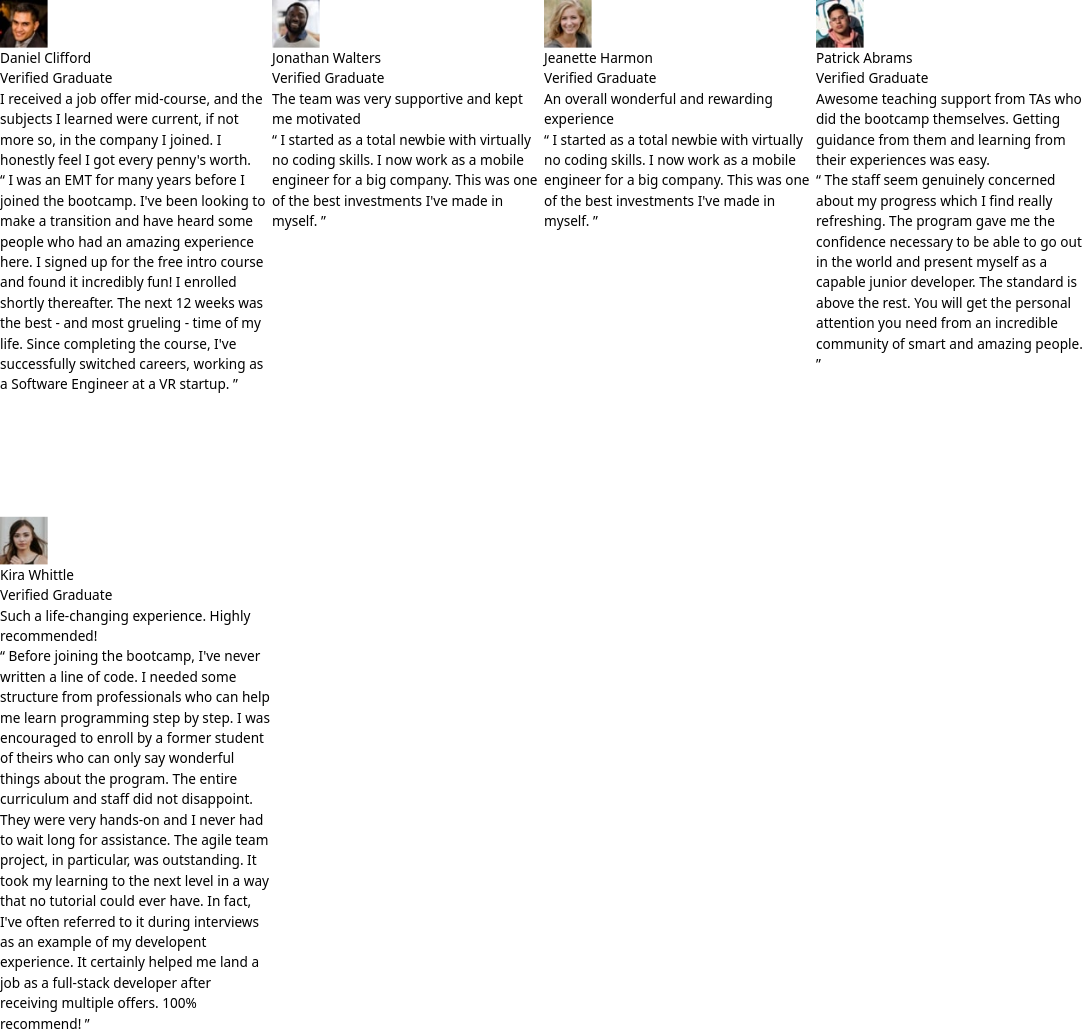
Repository: DiyBookOfLife/ps-FrontendMentor
Page: index.html
These files come from the project's save history. The page is drawn as it stood at one moment and after the next save; the edit follows.
The browser window is 1280 px wide. The pictures show the whole page, at 85% of full size.
Some web libraries are served in a nearby version.

Above is the page before, as saved 2026-01-02 13:12:29.

After the next save:
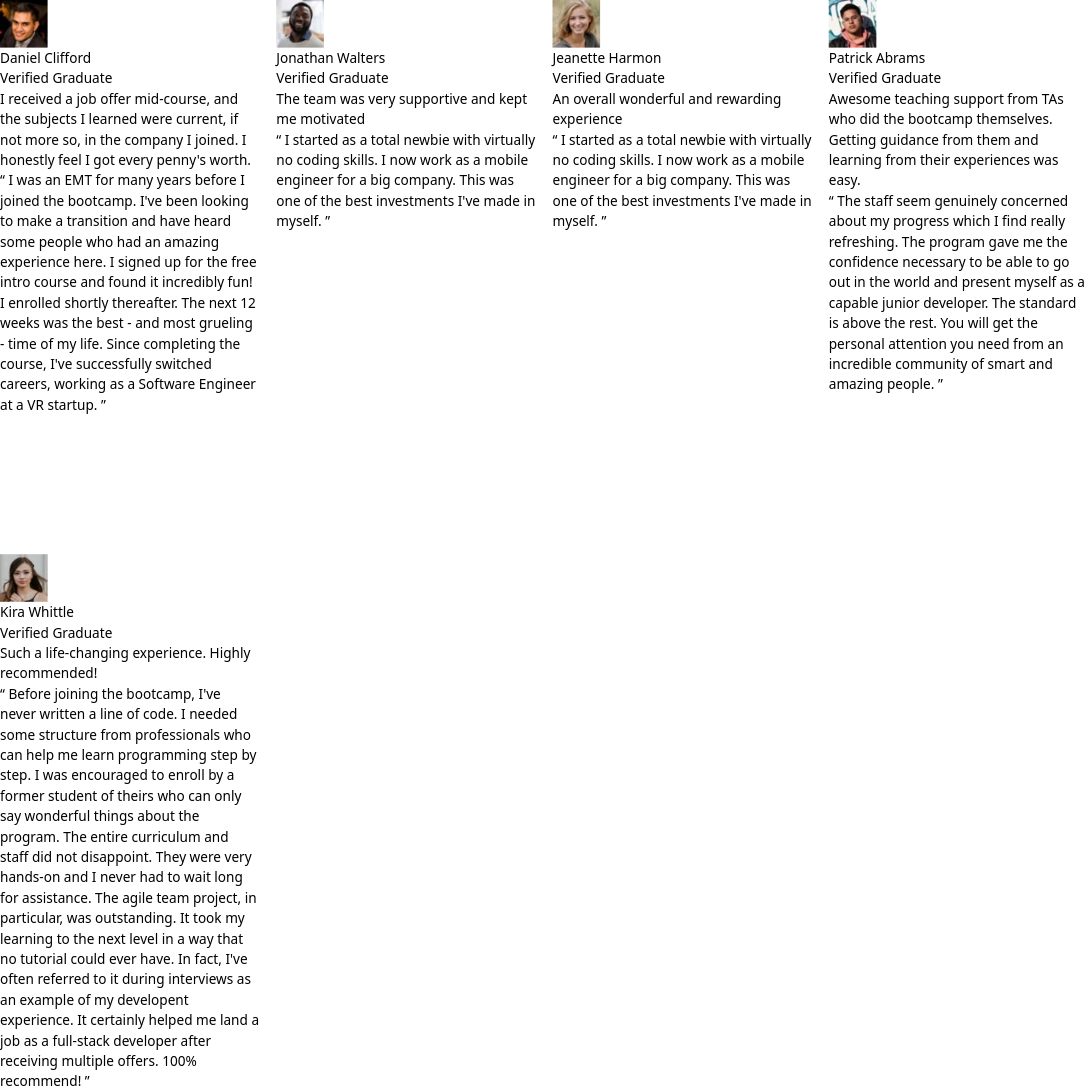
Saved 85 s later.
--- a/index.html
+++ b/index.html
@@ -20,7 +20,7 @@
 
 <body>
   <main>
-    <section class="grid grid-cols-4 grid-rows-2 gap-">
+    <section class="grid grid-cols-4 grid-rows-2 gap-[20px]">
       <div class="card" id="daniel_card">
         <div class="profile">
           <img src="./images/image-daniel.jpg" alt="picture of daniel">
